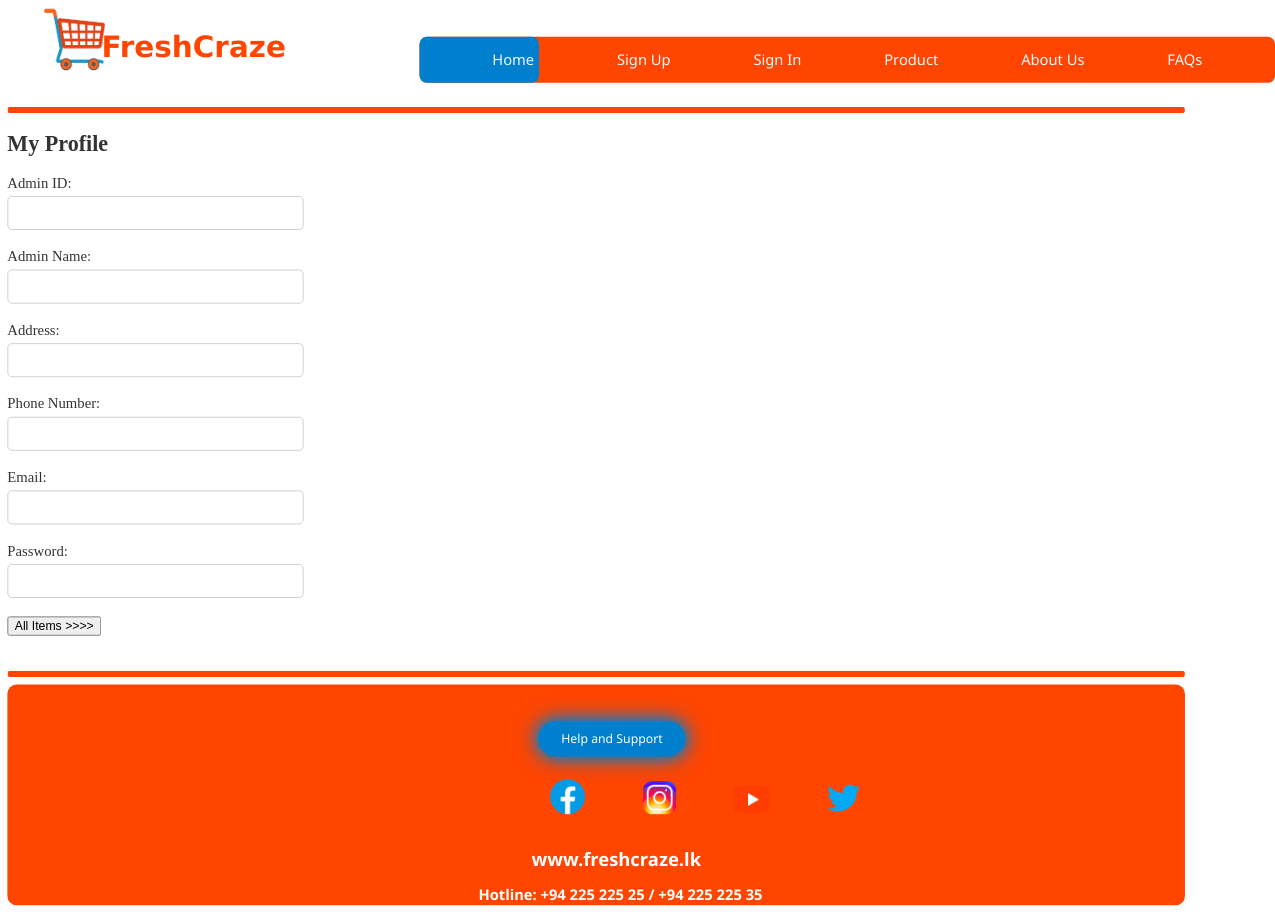
Repository: shanika2002/FreshCraze
Page: http://localhost/itemDem/profile.jsp
These files come from the project's save history. The page is drawn as it stood at one moment and after the next save; the edit follows.
The browser window is 1280 px wide. The page is 1386 px wide, so the pictures cover 1386 px, including what lies to the right of the window. The pictures show the whole page, at 92% of full size.
The page is served by Tomcat 9. The template is opened directly, without the code that normally fills it, so the values that code supplies are empty.

Above is the page before, as saved 2024-05-10 11:29:52.

After the next save:
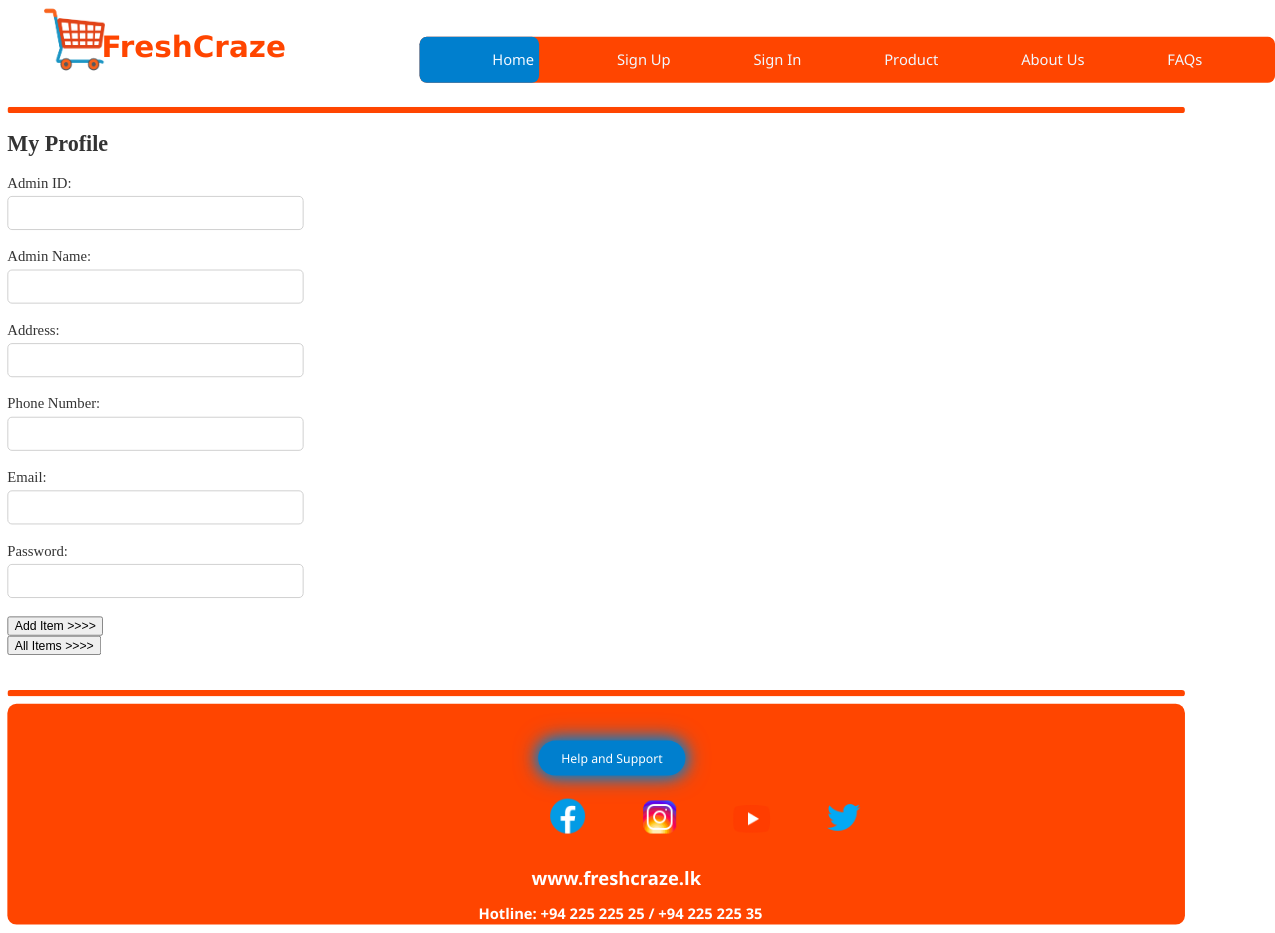
Saved 16 h 51 min later.
--- a/itemDem/src/main/webapp/profile.jsp
+++ b/itemDem/src/main/webapp/profile.jsp
@@ -54,6 +54,10 @@
 			id="password" name="password" required value="${ad.password }">
 	</div>
 
+	<form action="addItem" method="post">
+		<button type="submit">Add Item >>>></button>
+	</form>
+
 	<form action="adminItem" method="post">
 		<button type="submit">All Items >>>></button>
 	</form>
